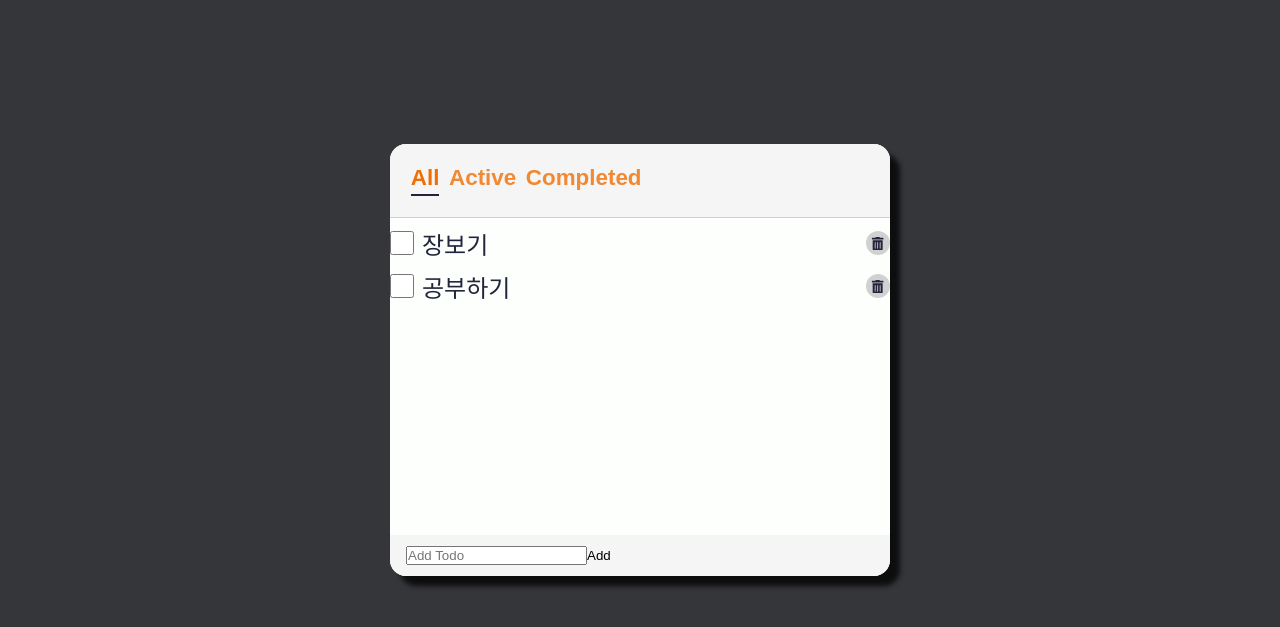
Repository: MrJinkyu/TodoList
Page: /
An editor plug-in stored every save of this project. The page is shown before and after the next save, followed by the edit.
The browser window is 1280 px wide. The pictures show the whole page.
The project was rebuilt for these pictures with package versions that can differ from the ones it lists, and the page was loaded fresh each time.

Above is the page before, as saved 2023-05-01 14:54:50.

After the next save:
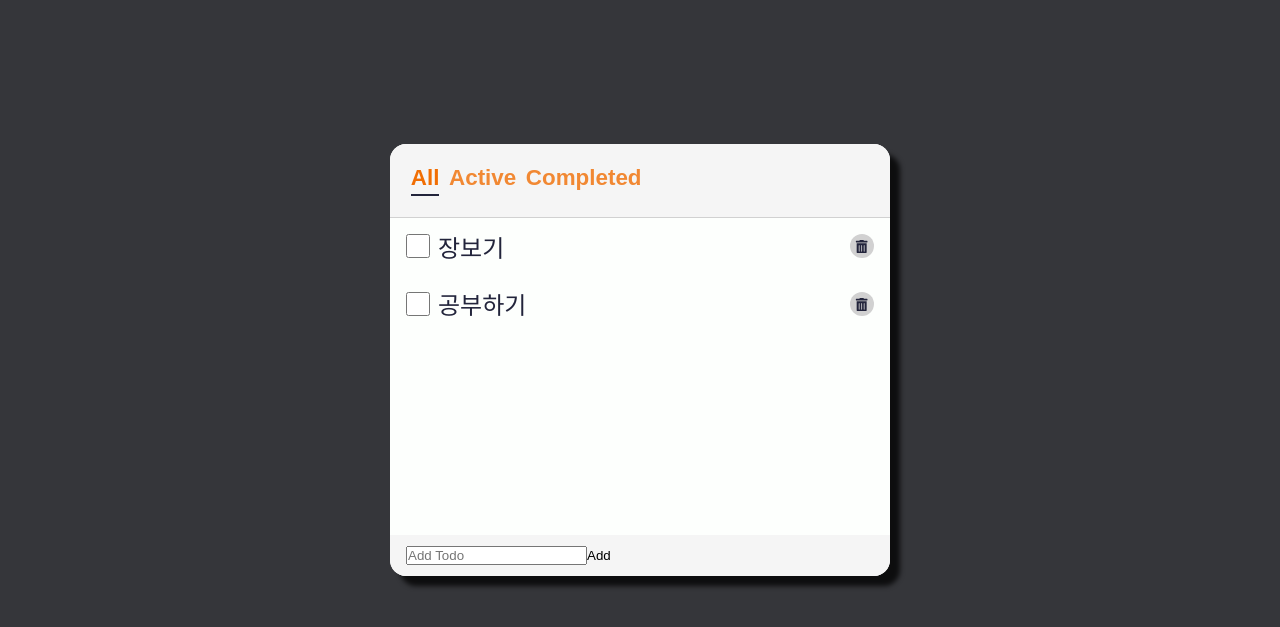
Saved 19 s later.
--- a/src/components/Todo.module.css
+++ b/src/components/Todo.module.css
@@ -2,7 +2,7 @@
     display: flex;
     justify-content: space-between;
     align-items: center;
-    margin: 0.5rem 0;
+    padding: 0.7rem 1rem;
 }
 
 .checkbox{
